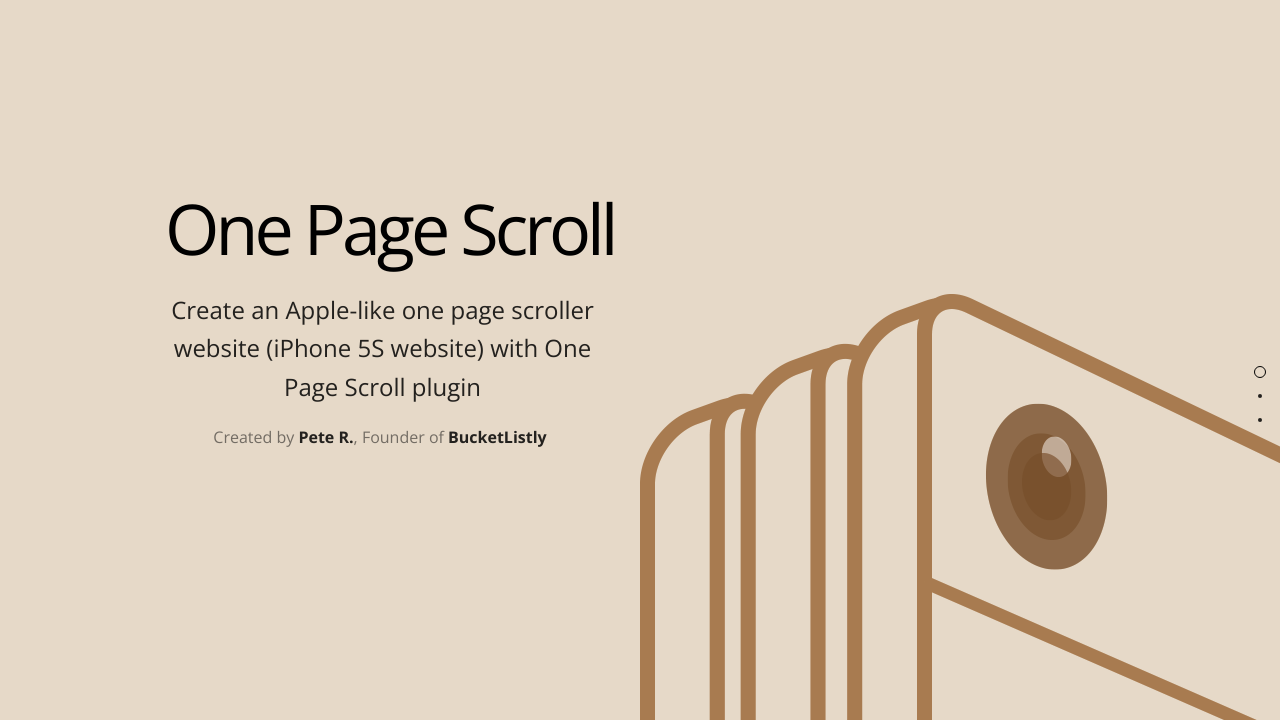
Repository: cdschofield/cdschofield.github.io
Page: index.html
The author's editor kept a record of every edit. The page is drawn from the files as they stood at one moment, then again after the next edit.
The browser window is 1280 px wide. The pictures show the whole page.
Some web libraries are served in a nearby version.

Above is the page before.

### index.html
<!doctype html>
<html>
<head>
	<meta charset="utf-8">
	<title>three Global</title>
	<meta name="title" content="three Global" />
	<meta name="description" content="three Global is an international consultancy using design and innovation to help companies, trade associations, NGOs and governments adjust to the new realities of international business, branding, marketing, logistics and trade. three Global operates globally with experience in Asia, Africa, Australia, Europe, the Americas and the Middle East." />

	<link rel="shortcut icon" id="favicon" href="favicon.png">
	<link href='http://fonts.googleapis.com/css?family=Open+Sans:300,400,700' rel='stylesheet' type='text/css'>
	<link href='http://fonts.googleapis.com/css?family=Pacifico:400' rel='stylesheet' type='text/css'>
	<script type="text/javascript" src="http://code.jquery.com/jquery-1.9.1.js"></script>
  <script type="text/javascript" src="jquery.onepage-scroll.js"></script>
  <link href='onepage-scroll.css' rel='stylesheet' type='text/css'>
  <meta name="viewport" content="initial-scale=1, width=device-width, maximum-scale=1, minimum-scale=1, user-scalable=no">
  <style>
    html {
      height: 100%;
    }
    body {
      background: #E2E4E7;
      padding: 0;
      text-align: center;
      font-family: 'open sans';
      position: relative;
      margin: 0;
      height: 100%;
      -webkit-font-smoothing: antialiased;
    }

    .wrapper {
    	height: 100% !important;
    	height: 100%;
    	margin: 0 auto;
    	overflow: hidden;
    }

    a {
      text-decoration: none;
    }


    h1, h2 {
      width: 100%;
      float: left;
    }
    h1 {
      margin-top: 100px;
      color: #000;
      margin-bottom: 5px;
      font-size: 70px;
      letter-spacing: -4px;
      font-weight: 100;
    }
    h1 span {
      font-size: 26px;
      margin: 0 5px;
      text-transform: capitalize;
      background: rgba(0,0,0,0.85);
      display: inline-block;
      color: #6D461D;
      border-radius: 5px 5px;
      -webkit-border-radius: 5px 5px;
      -moz-border-radius: 5px 5px;
      text-shadow: 0 2px 8px rgba(0, 0, 0, 0.75);
      padding: 3px 10px;
    }
    h2 {
      color: #6D461D;
      font-weight: 100;
      margin-top: 0;
      margin-bottom: 10px;
    }

    .pointer {
      color: #9b59b6;
      font-family: 'Pacifico', cursive;
      font-size: 30px;
      margin-top: 15px;
    }
    code {
      margin: 20px 1%;
      float: left;
      width: 48%;
      height: 105px;
      background: rgba(0,0,0,0.1);
      border: rgba(0,0,0,0.05) 5px solid;
      border-radius: 5px;
      padding:5px;
      color: white;
      text-align: center;
      font-size: 15px;
      margin-top: 25px;
      display: block;
      box-sizing: border-box;
      -webkit-box-sizing: border-box;
      -moz-box-sizing: border-box;
    }
    code.html {
      color: #7EC9E6;
    }
    code.js {
      color: #FFAD00;
    }

    .main {
      float: left;
      width: 100%;
      margin: 0 auto;
    }

    .main h1 {
      padding:150px 50px;
      float: left;
      width: 100%;
      font-size: 45px;
      box-sizing: border-box;
      -webkit-box-sizing: border-box;
      -moz-box-sizing: border-box;
      font-weight: 100;
      color: white;
      margin: 0;
    }

    .main h1.demo1 {
      background: #1ABC9C;
    }

    .reload.bell {
      font-size: 12px;
      padding: 20px;
      width: 45px;
      text-align: center;
      height: 47px;
      border-radius: 50px;
      -webkit-border-radius: 50px;
      -moz-border-radius: 50px;
    }

    .reload.bell #notification {
      font-size: 25px;
      line-height: 140%;
    }

    .reload, .btn{
      display: inline-block;
      border: 4px solid #A2261E;
      border-radius: 5px;
      -moz-border-radius: 5px;
      -webkit-border-radius: 5px;
      background: #CC3126;
      display: inline-block;
      line-height: 100%;
      padding: 0.7em;
      text-decoration: none;
      color: #fff;
      width: 100px;
      line-height: 140%;
      font-size: 17px;
      font-family: open sans;
      font-weight: bold;
    }
    .reload:hover{
      background: #444;
    }
    .btn {
      width: 200px;
      color: rgb(255, 255, 255);
      border: 4px solid rgb(0, 0, 0);
      background: rgba(3, 3, 3, 0.75);
    }
    .clear {
      width: auto;
    }
    .btn:hover, .btn:hover {
      background: #444;
    }
    .btns {
      width: 410px;
      margin: 50px auto;
    }
    .credit {
      text-align: center;
      color: rgba(0,0,0,0.5);
      padding: 10px;
      width: 410px;
      clear: both;
    }
    .credit a {
      color: rgba(0,0,0,0.85);
      text-decoration: none;
      font-weight: bold;
      text-align: center;
    }

    header {
      position: relative;
      z-index: 10;
    }
    .main section .page_container {
      position: relative;
      top: 25%;
      margin: 0 auto 0;
      max-width: 950px;
      z-index: 3;
    }
    .main section  {
      overflow: hidden;
    }

    .main section > img {
      position: absolute;
      max-width: 100%;
      z-index: 1;
    }

    .main section.page1 {
      background:rgb(230, 217, 200);
    }
    .main section.page1 h1 {
      text-align: left;
      padding: 0;
      margin-bottom: 15px;
      font-size: 70px;
      color: black;
    }
    .main section.page1 h2 {
      color: rgba(0,0,0,0.85);
      text-align: center;
      width: 435px;
      line-height: 160%;
    }
    .main section .page_container .btns {
      clear: both;
      float: left;
      text-align: center;
      width: 435px;
    }
    .main section .page_container .btns a{
      text-align: center;
    }
    .main section.page2 {
      background: #555557 url(back-phone.png) no-repeat center -150px ;
    }
    .main section.page2 > img {
      position: absolute;
      top: -300px;
      left: 50%;
      margin-left: -1095px;
    }
    .main section.page2 .page_container {
      margin-top: 240px;
      overflow: hidden;
    }
    .main section.page2 h1 {
      text-align: center;
      padding: 0;
      margin-bottom: 15px;
      font-size: 50px;
      letter-spacing: -1px;
      color: white;
    }
    .main section.page2 h2 {
      color: rgba(255,255,255,0.85);
      text-align: center;
      line-height: 160%;
      font-weight: 100;
    }
    .viewing-page-2 .back{
      background: rgba(0, 0, 0, 0.25);
      color: #FFF;
      }
    .main section.page3 {
      background:url(tilted-phone.png) no-repeat 156px -150px ;
    }
    .main section.page3 .page_container {
      overflow: hidden;
      width: 500px;
      right: -285px;
    }
    .main section.page3 h1 {
      text-align: left;
      padding: 0;
      margin-bottom: 0;
      font-size: 70px;
      letter-spacing: -1px;
      color: black;
    }
    .main section.page3 h2 {
      color: rgba(0,0,0,0.85);
      text-align: left;
      line-height: 160%;
      font-weight: 100;
      font-size: 21px;
    }

    body.disabled-onepage-scroll .onepage-wrapper  section {
      min-height: 100%;
      height: auto;
    }

    body.disabled-onepage-scroll .main section .page_container, body.disabled-onepage-scroll .main section.page3 .page_container  {
      padding: 20px;
      margin-top: 150px;
      -webkit-box-sizing: border-box;
      -moz-box-sizing: border-box;
      box-sizing: border-box;
    }

    body.disabled-onepage-scroll  section .page_container h1{
      text-align: center;
      font-size: 50px;
    }
    body.disabled-onepage-scroll section .page_container h2, body.disabled-onepage-scroll section .page_container .credit, body.disabled-onepage-scroll section .page_container .btns{
      text-align: center;
      width: 100%;
    }

    body.disabled-onepage-scroll .main section.page1 > img {
      position: absolute;
      width: 80%;
      left: 10%;
    }

    body.disabled-onepage-scroll .main section > img {
      position: relative;
      max-width: 80%;
      bottom: 0;
    }
    body.disabled-onepage-scroll code {
      width: 95%;
      margin: 0 auto 25px;
      float: none;
      overflow: hidden;
    }

    body.disabled-onepage-scroll .main section.page3 .page_container {
      width: 90%;
      margin-left: auto;
      margin-right: auto;
      right: 0;
    }
	</style>
	<script>
	  $(document).ready(function(){
      $(".main").onepage_scroll({
        sectionContainer: "section",
        responsiveFallback: 600,
        loop: true
      });
		});

	</script>
</head>
<body>
  <div class="wrapper">
	  <div class="main">

      <section class="page1">
        <div class="page_container">
          <h1>One Page Scroll</h1>
          <h2>Create an Apple-like one page scroller website (iPhone 5S website) with One Page Scroll plugin</h2>
          <p class="credit">Created by <a href="http://www.thepetedesign.com">Pete R.</a>, Founder of <a href="http://www.bucketlistly.com" target="_blank">BucketListly</a></p>
  	    </div>
  	    <img src="phones.png" alt="phones">
      </section>

	    <section class="page2">
	      <div class="page_container">
          <h1>Ready-to-use plugin</h1>
          <h2>All you need is an HTML markup, call the script and BAM!</h2>
          <code class="html">
  	        &lt;div class="main"&gt;<br>
  	          &lt;section&gt;...&lt;/section&gt;<br>
  	          &lt;section&gt;...&lt;/section&gt;<br>
  	          ...<br>
  	        &lt;/div&gt;
  	      </code>

  	      <code class="js">
	          $(".main").onepage_scroll();
	        </code>
	      </div>
      </section>

	    <section class="page3">
	      <div class="page_container">
          <h1>Pretty Neat Eh?</h1>
          <h2>You can customise the animation timing, the selector or even the animation easing using CSS3. I can't wait to see what you guys will come up with. Don't forget to grab them for free on Github'</h2>
          <div class="btns">
  	        <a class="reload btn" href="https://github.com/peachananr/onepage-scroll">Download on Github</a>
  	      </div>
  	    </div>
      </section>
    </div>
  </div>
</body>
</html>

### onepage-scroll.css
body, html {
  margin: 0;
  overflow: hidden;
  -webkit-transition: opacity 400ms;
  -moz-transition: opacity 400ms;
  transition: opacity 400ms;
}

body, .onepage-wrapper, html {
  display: block;
  position: static;
  padding: 0;
  width: 100%;
  height: 100%;
}

.onepage-wrapper {
  width: 100%;
  height: 100%;
  display: block;
  position: relative;
  padding: 0;
  -webkit-transform-style: preserve-3d;
}

.onepage-wrapper .section {
  width: 100%;
  height: 100%;
}

.onepage-pagination {
  position: absolute;
  right: 10px;
  top: 50%;
  z-index: 5;
  list-style: none;
  margin: 0;
  padding: 0;
}
.onepage-pagination li {
  padding: 0;
  text-align: center;
}
.onepage-pagination li a{
  padding: 10px;
  width: 4px;
  height: 4px;
  display: block;

}
.onepage-pagination li a:before{
  content: '';
  position: absolute;
  width: 4px;
  height: 4px;
  background: rgba(0,0,0,0.85);
  border-radius: 10px;
  -webkit-border-radius: 10px;
  -moz-border-radius: 10px;
}

.onepage-pagination li a.active:before{
  width: 10px;
  height: 10px;
  background: none;
  border: 1px solid black;
  margin-top: -4px;
  left: 8px;
}

.disabled-onepage-scroll, .disabled-onepage-scroll .wrapper {
  overflow: auto;
}

.disabled-onepage-scroll .onepage-wrapper .section {
  position: relative !important;
  top: auto !important;
  left: auto !important;
}
.disabled-onepage-scroll .onepage-wrapper {
  -webkit-transform: none !important;
  -moz-transform: none !important;
  transform: none !important;
  -ms-transform: none !important;
  min-height: 100%;
}


.disabled-onepage-scroll .onepage-pagination {
  display: none;
}

body.disabled-onepage-scroll, .disabled-onepage-scroll .onepage-wrapper, html {
  position: inherit;
}

Loaded but not shown: jquery.onepage-scroll.js (library)

After the next edit:
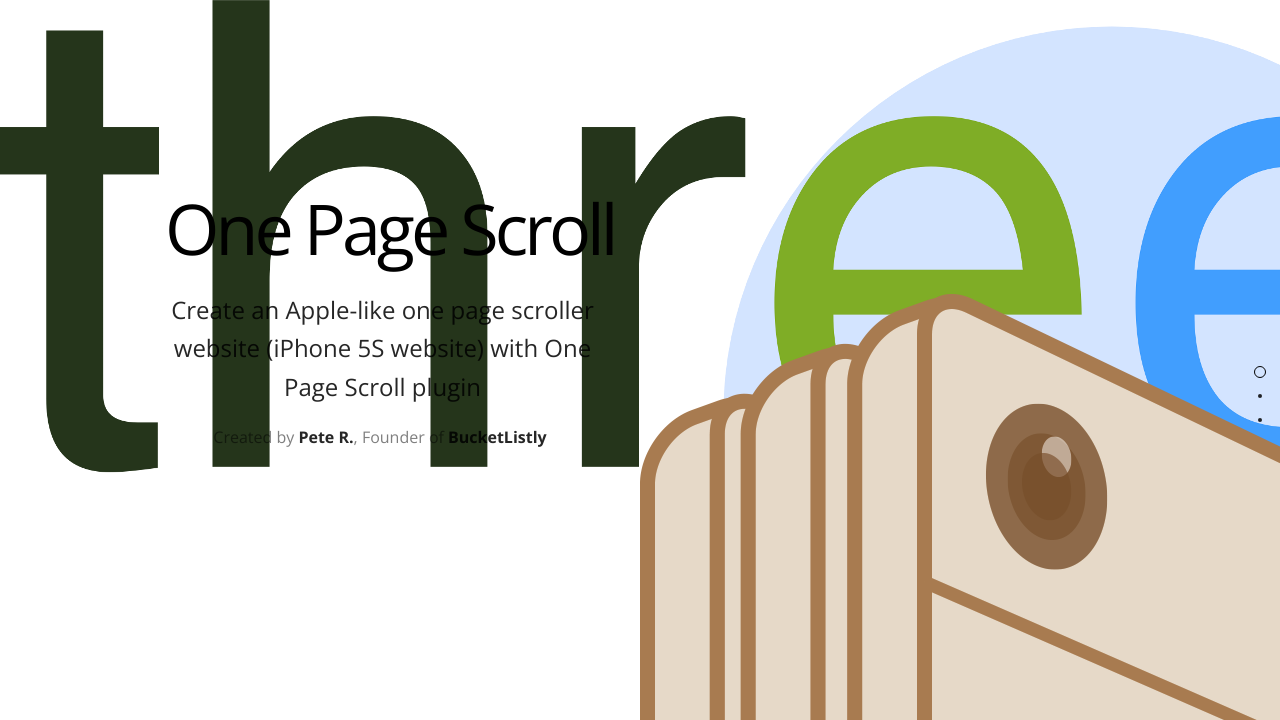
The edit:
--- a/index.html
+++ b/index.html
@@ -215,7 +215,7 @@
     }
 
     .main section.page1 {
-      background:rgb(230, 217, 200);
+      background:rgb(230, 217, 200) url(three-bkgd.png) no-repeat ;
     }
     .main section.page1 h1 {
       text-align: left;
